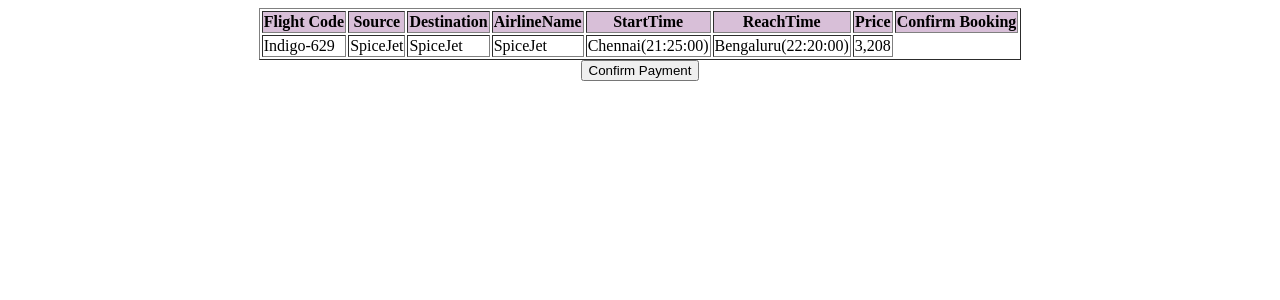
Repository: KanimozhiThandapani/Phase2AirlineBookingProject
Page: http://localhost/AirlineBooking/bookedFlights.jsp
An editor plug-in stored every save of this project. The page is shown before and after the next save, followed by the edit.
The browser window is 1280 px wide. The pictures show the whole page.
The page is served by Tomcat 9. Other server files are loaded and not shown.

Above is the page before, as saved 2022-04-26 07:51:06.

### AirlineBooking/WebContent/bookedFlights.jsp
<%@ page language="java" contentType="text/html; charset=ISO-8859-1"
    pageEncoding="ISO-8859-1"%>
<!DOCTYPE html>
<html>
<head>
<meta charset="ISO-8859-1">
<title>The Booked Flight Details:</title>
</head>
<body>

<div align="center">
		<form action="paymentPage" method="get">

   <table align="center" border="1">
   <tr bgcolor="thistle" >
          <th><b>Flight Code</b></th>
          <th><b>Source</b></th>
          <th><b>Destination</b></th>
          <th><b>AirlineName</b></th>
          <th><b>StartTime</b></th>
          <th><b>ReachTime</b></th>
          <th><b>Price</b></th>
          <th><b>Confirm Booking</b></th>
    </tr>

   <tr>
                    <td>Indigo-629</td>
                    <td>SpiceJet</td>
                    <td>SpiceJet</td>
					<td>SpiceJet</td>
					<td>Chennai(21:25:00)</td>
					<td>Bengaluru(22:20:00)</td>
					<td>3,208</td>
	</tr>

	</table>
					<input type="submit" value="Confirm Payment">


   </form>
   </div>
</body>
</html>

After the next save:
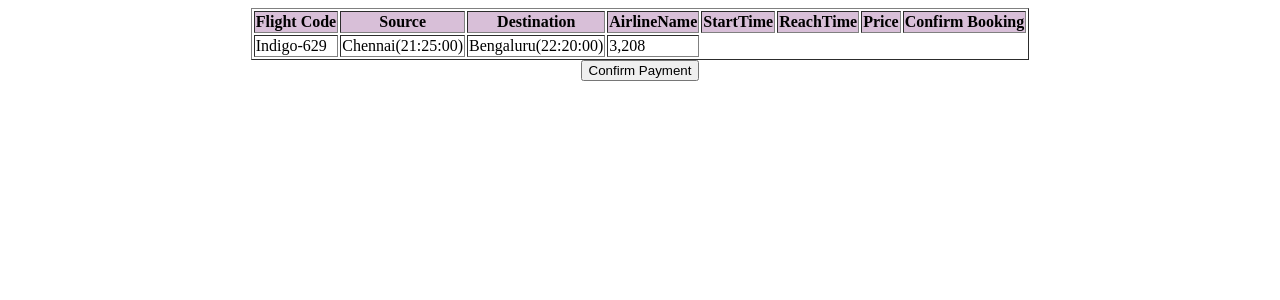
Saved 13 s later.
--- a/AirlineBooking/WebContent/bookedFlights.jsp
+++ b/AirlineBooking/WebContent/bookedFlights.jsp
@@ -25,9 +25,6 @@
 
    <tr>
                     <td>Indigo-629</td>
-                    <td>SpiceJet</td>
-                    <td>SpiceJet</td>
-					<td>SpiceJet</td>
 					<td>Chennai(21:25:00)</td>
 					<td>Bengaluru(22:20:00)</td>
 					<td>3,208</td>
